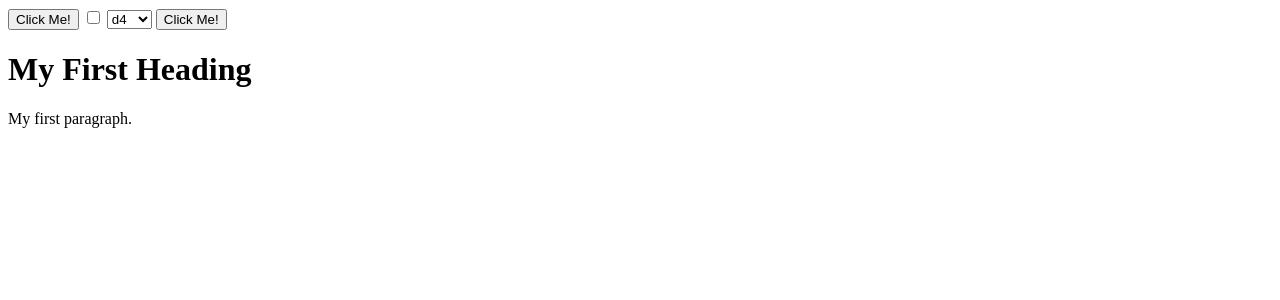
Repository: NikoKapferRupp/js-tutorial
Page: launch_excercises/for_fun/dungeon_dice.html
The author's editor kept a record of every edit. The page is drawn from the files as they stood at one moment, then again after the next edit.
The browser window is 1280 px wide. The pictures show the whole page.

Above is the page before.

After the next edit:
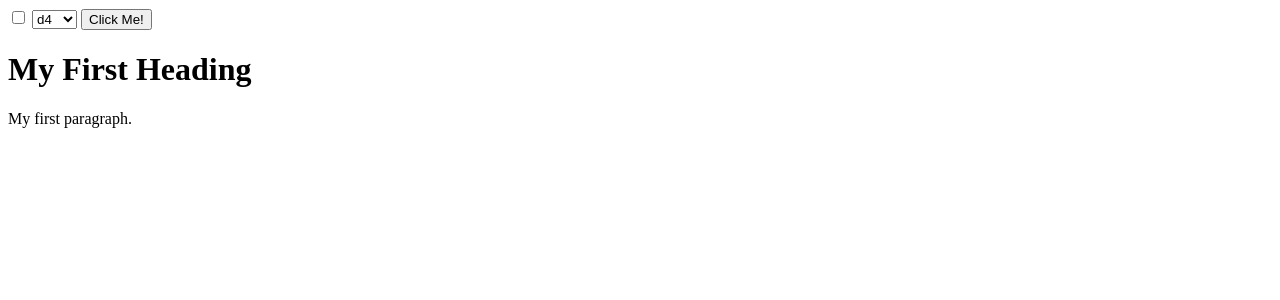
The edit:
--- a/launch_excercises/for_fun/dungeon_dice.html
+++ b/launch_excercises/for_fun/dungeon_dice.html
@@ -4,7 +4,6 @@
 <title>Dungeon Dice</title>
 </head>
 <body>
-    <button type="button">Click Me!</button>
     <input type="checkbox">
     <select name="dice" id="dice">
         <option value="d4">d4</option>
